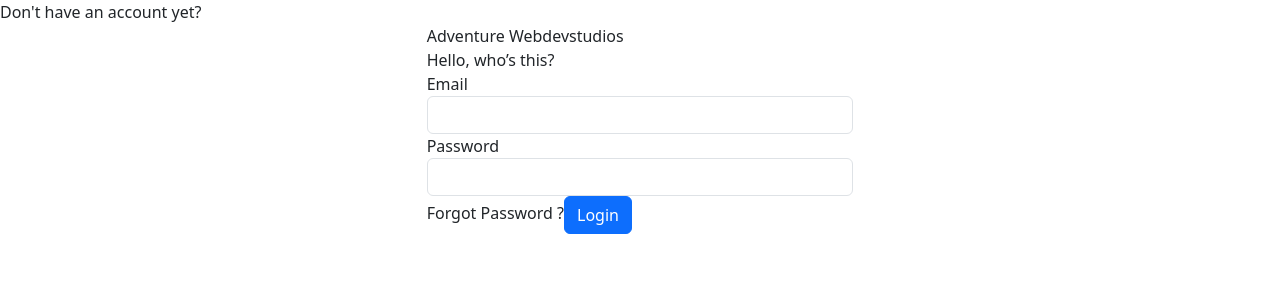
Repository: nnbxxx/React-Untimate
Page: /login
An editor plug-in stored every save of this project. The page is shown before and after the next save, followed by the edit.
The browser window is 1280 px wide. The pictures show the whole page.
The project was rebuilt for these pictures with package versions that can differ from the ones it lists, and the page was loaded fresh each time. Also part of the build but not shown: src/components/Header/header.js, src/App.js, src/components/User/User.js, src/components/Admin/SideBar.scss, src/components/Admin/SideBar.js, src/components/Admin/Admin.scss, src/components/Admin/Admin.js, src/components/Home/HomePage.js and 12 more. Imported but missing from the stored project, and not drawn on this page: src/assets/video-homepage.webm.

Above is the page before, as saved 2023-04-12 20:33:25.

### src/index.js
import React from "react";
import ReactDOM from "react-dom/client";
import App from "./App";
import reportWebVitals from "./reportWebVitals";
import { Provider } from "react-redux";
import store from "./redux/store";
import "bootstrap/dist/css/bootstrap.min.css";
import User from "./components/User/User";
import Admin from "./components/Admin/Admin";
import HomePage from "./components/Home/HomePage";
import ManageUser from "./components/Admin/Content/ManageUser";
import DashBoard from "./components/Admin/Content/DashBoard";
import {
  createBrowserRouter,
  RouterProvider,
  BrowserRouter,
  Route,
  Routes,
} from "react-router-dom";
import Login from "./components/Auth/Login";

const root = ReactDOM.createRoot(document.getElementById("root"));
root.render(
  <Provider store={store}>
    {/* <React.StrictMode> */}
    <BrowserRouter>
      <Routes>
        <Route path='/' element={<App />}>
          <Route index element={<HomePage />} />
          <Route path='users' element={<User />} />
        </Route>
        <Route path='/admins' element={<Admin />}>
          <Route index element={<DashBoard />} />
          <Route path='manage-users' element={<ManageUser />} />
        </Route>
        <Route path='/login' element={<Login />} />
      </Routes>
    </BrowserRouter>

    {/* </React.StrictMode> */}
  </Provider>
);

// If you want to start measuring performance in your app, pass a function
// to log results (for example: reportWebVitals(console.log))
// or send to an analytics endpoint. Learn more: https://bit.ly/CRA-vitals
reportWebVitals();

### src/components/Auth/Login.js
import { Button } from "react-bootstrap";
import "./Login.scss";
const Login = () => {
  return (
    <div className='login-container'>
      <div className='header mx-auto'>Don't have an account yet?</div>
      <div className='title col-4 mx-auto'>Adventure Webdevstudios</div>
      <div className='welcome col-4 mx-auto'>Hello, who’s this?</div>
      <div className='content-form col-4 mx-auto'>
        <div className='form-group'>
          <label>Email</label>
          <input type='email' className='form-control' />
        </div>
        <div className='form-group'>
          <label>Password</label>
          <input type='password' className='form-control' />
        </div>
        <span>Forgot Password ?</span>
        <Button>Login</Button>
      </div>
    </div>
  );
};
export default Login;

### src/App.scss
body {
  padding: 0;
  margin: 0;
  font-family: -apple-system, BlinkMacSystemFont, "Segoe UI", "Roboto", "Oxygen",
    "Ubuntu", "Cantarell", "Fira Sans", "Droid Sans", "Helvetica Neue",
    sans-serif;
  -webkit-font-smoothing: antialiased;
  -moz-osx-font-smoothing: grayscale;
}
.app-container {
  .header-container {
    .btn-login {
      border-radius: 4px;
      color: #262627;
      justify-content: center;
      line-height: 24px;
      margin: 0px 16px 0px 0px;
      padding: 8px 16px;
      text-align: center;
      border: 1px solid black;
    }
    .btn-signup {
      border-radius: 4px;
      color: #fff;
      background-color: #262627;
      justify-content: center;
      line-height: 24px;
      margin: 0px 16px 0px 0px;
      padding: 8px 16px;
      text-align: center;
      border: 1px solid black;

      &:hover {
        // opacity: 0.9;
        background-color: black;
      }
    }
    .navbar {
      z-index: 10;
      padding-top: 25px;
      background-color: rgba(0, 0, 0, 0) !important;
      .nav-link {
        &.active {
          color: #00bfff;
        }
      }
    }
  }
  .homepage-content {
    margin-top: 40px;
    padding: 0 100px;
    position: relative;
    width: 50%;
    display: flex;
    justify-content: center;
    flex-direction: column;
    gap: 20px;
    .title-1 {
      color: #262627;
      font-size: 60px;
      font-weight: 300;
      line-height: 76.8px;
      margin: 0px 0px 24px;
    }
    .title-2 {
      color: #262627;
      font-size: 20px;
      font-weight: 300;
      line-height: 31.2px;
      margin: 0px 0px 40px;
    }
    .btn-3 {
      background-color: #262627;
      border-radius: 4px;
      color: #fcfaf8;
      display: inline-block;
      justify-content: center;
      line-height: 24px;
      padding: 10px 20px;
      text-align: center;
      width: 200px;
      border: none;

      &:hover {
        // opacity: 0.9;
        background-color: black;
      }
    }
  }
}
video {
  position: fixed;
  bottom: 0;
  width: 100vw;
}
@media (min-width: 1450px) {
  .container,
  .container-lg,
  .container-md,
  .container-sm,
  .container-xl,
  .container-xxl {
    max-width: 1400px !important;
  }
}

Loaded but not shown: public/index.html (common file); src/reportWebVitals.js (common file); src/redux/store.js (common file); src/redux/reducer/rootReducer.js (common file); src/redux/reducer/counterReducer.js (common file); src/redux/action/counterAction.js (common file)

After the next save:
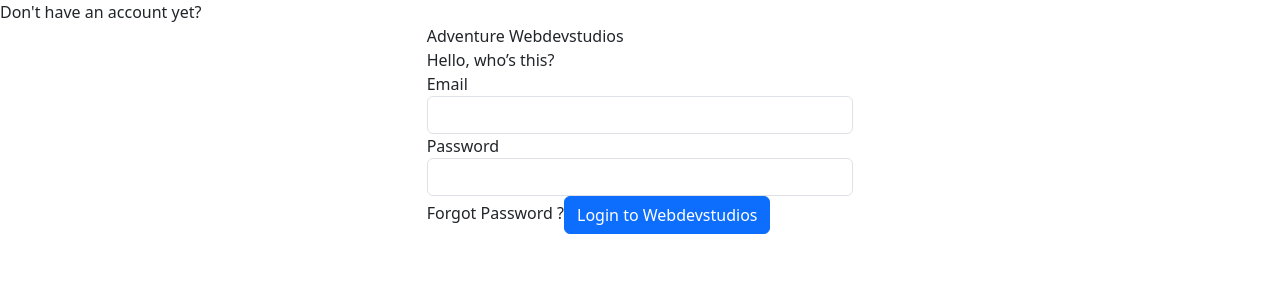
Saved 27 s later.
--- a/src/components/Auth/Login.js
+++ b/src/components/Auth/Login.js
@@ -16,7 +16,7 @@ const Login = () => {
           <input type='password' className='form-control' />
         </div>
         <span>Forgot Password ?</span>
-        <Button>Login</Button>
+        <Button>Login to Webdevstudios</Button>
       </div>
     </div>
   );
